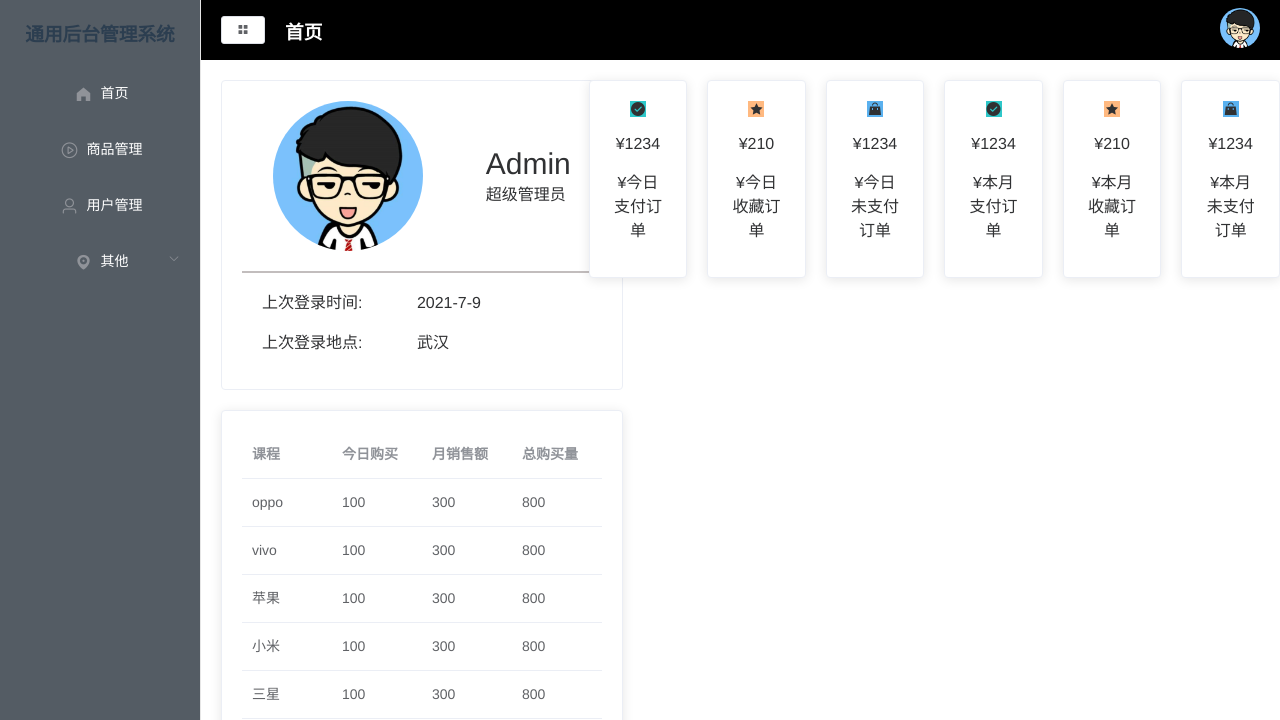
Repository: 385841539/VueStudy
Page: / (app in vue_cli/)
An editor plug-in stored every save of this project. The page is shown before and after the next save, followed by the edit.
The browser window is 1280 px wide. The pictures show the whole page.
An inner scrolling area shows only its first screen. The project was rebuilt for these pictures with package versions that can differ from the ones it lists, and the page was loaded fresh each time. Also part of the build but not shown: vue_cli/vue.config.js.

Above is the page before, as saved 2022-01-13 14:34:09.

### vue_cli/public/index.html
<!DOCTYPE html>
<html lang="">

<head>
  <meta charset="utf-8">
  <meta http-equiv="X-UA-Compatible" content="IE=edge">
  <meta name="viewport" content="width=device-width,initial-scale=1.0">
  <link rel="icon" href="<%= BASE_URL %>favicon.ico">
  <title>
    <%= htmlWebpackPlugin.options.title %>
  </title>
  <style>
    body {

      padding: 0px;
      margin: 0px;
      width: 100%;
      height: 100%;

    }
  </style>
</head>

<body>
  <noscript>
    <strong>We're sorry but <%= htmlWebpackPlugin.options.title %> doesn't work properly without JavaScript enabled.
        Please enable it to continue.</strong>
  </noscript>
  <div id="app"></div>
  <!-- built files will be auto injected -->
</body>

</html>

### vue_cli/src/main.js
import Vue from 'vue'
import App from './App.vue'
import './registerServiceWorker'
import router from './router'
import store from './store'

import ElementUI from 'element-ui';
import 'element-ui/lib/theme-chalk/index.css';

Vue.use(ElementUI);


Vue.config.productionTip = false



new Vue({
  router,
  store,
  render: h => h(App)
}).$mount('#app')

### vue_cli/src/App.vue
<template>
  <div id="app">
    <!-- <p>这是一个P段落</p>
    <el-button>按钮</el-button>
    <el-button type="info">信息</el-button>
    <el-radio v-model="radio" label="1">备选项1</el-radio>
    <el-radio v-model="radio" label="2">备选项1</el-radio>

    <div>
      <router-link to="/">去home组件</router-link>
      <router-link to="/about">去about组件</router-link>
    </div> -->

    <router-view></router-view>
  </div>
</template>
<script>


export default {
  data() {
    return {
      radio: "1",
    };
  },
};
</script>


<style lang="scss">
#app {
  font-family: Avenir, Helvetica, Arial, sans-serif;
  -webkit-font-smoothing: antialiased;
  -moz-osx-font-smoothing: grayscale;
  text-align: center;
  color: #2c3e50;
}

#nav {
  padding: 30px;

  a {
    font-weight: bold;
    color: #2c3e50;

    &.router-link-exact-active {
      color: #42b983;
    }
  }
}
</style>

### vue_cli/src/router/index.js
import Vue from 'vue'
import VueRouter from 'vue-router'
import Main from '../views/Main.vue'

Vue.use(VueRouter)

const routes = [
  {
    path: '/',
    name: 'main',
    component: Main,
    children: [

      {
        path: "/",
        name: "home",
        component: () => import('@/views/Home/Home')

      },
      {
        path: "/mall",
        name: "mall",
        component: () => import('@/views/Mall/Mall')

      },

    ]
  },
  {
    path: '/about',
    name: 'About',
    // route level code-splitting
    // this generates a separate chunk (about.[hash].js) for this route
    // which is lazy-loaded when the route is visited.
    component: () => import(/* webpackChunkName: "about" */ '../views/About.vue')
  }
]

const router = new VueRouter({
  mode: 'history',
  base: process.env.BASE_URL,
  routes
})

export default router

### vue_cli/src/store/index.js
import Vue from 'vue'
import Vuex from 'vuex'
import tab from "./tab"

Vue.use(Vuex)

export default new Vuex.Store({
  state: {
  },
  mutations: {
  },
  actions: {
  },
  modules: {
    tab
  }
})

### vue_cli/src/views/Main.vue
<template>
  <el-container style="height: 100vh">
    <el-aside width="auto">
      <CommonAside></CommonAside>
    </el-aside>
    <el-container>
      <el-header>
        <CommonHeader></CommonHeader>
      </el-header>
      <el-main>
        <router-view></router-view>
      </el-main>
    </el-container>
  </el-container>
</template>

<script>
// @ is an alias to /src
import CommonAside from "../components/CommonAside.vue";
import CommonHeader from "../components/CommonHeader.vue";

export default {
  name: "main",
  components: {
    CommonAside,
    CommonHeader,
  },
};
</script>
<style lang='scss' scoped>
.el-container {
  padding: 0px;
  max-width: 100%;
}
.el-aside {
  margin: 0px;
  padding: 0px;
}
.el-header {
  background-color: black;
  width: 100%;
  padding: 0%;
  margin: 0%;
}
.el-main {
  padding: 0px;
  height: 100%;
  width: 100%;
}
.router-view {
  padding: 0px;
  height: 100%;
  width: 100%;
}
</style>

### vue_cli/src/views/Home/Home.vue




<template>
  <div>
    <el-row :gutter="24">
      <el-col :span="8" style="margin-top: 20px">
        <el-card shadow="hover">
          <div class="user">
            <img :src="userImg" />
            <div class="userInfo">
              <p style="font-size: 30px">Admin</p>
              <p>超级管理员</p>
            </div>
          </div>

          <div class="loginInfo">
            <p>上次登录时间: <span>2021-7-9</span></p>
            <p>上次登录地点: <span>武汉</span></p>
          </div>
        </el-card>
        <el-card style="height: 470px; margin-top: 20px">
          <el-table :data="tableData">
            <el-table-column
              show-overflow-tooltip
              v-for="(value, key) in tableLabel"
              :key="key"
              :prop="key"
              :label="value"
            ></el-table-column>
          </el-table>
        </el-card>
      </el-col>
      <el-col :span="16" style="margin-top: 20px">
        <div class="num">
          <el-card shandow="hover" v-for="item in countData" :key="item.name">
            <i
              class="icon"
              :class="`el-icon-${item.icon}`"
              :style="{ background: item.color }"
            ></i>
            <div>
           <p>   ¥{{ item.value }}</p>
           <p>   ¥{{ item.name }}</p>

            </div>
          </el-card>
        </div>
      </el-col>
    </el-row>
  </div>
</template>



<script>
export default {
  data() {
    return {
      userImg: require("../../assets/images/user.png"),
      tableData: [
        {
          name: "oppo",
          todayBuy: 100,
          monthBuy: 300,
          totalBuy: 800,
        },
        {
          name: "vivo",
          todayBuy: 100,
          monthBuy: 300,
          totalBuy: 800,
        },
        {
          name: "苹果",
          todayBuy: 100,
          monthBuy: 300,
          totalBuy: 800,
        },
        {
          name: "小米",
          todayBuy: 100,
          monthBuy: 300,
          totalBuy: 800,
        },
        {
          name: "三星",
          todayBuy: 100,
          monthBuy: 300,
          totalBuy: 800,
        },
        {
          name: "魅族",
          todayBuy: 100,
          monthBuy: 300,
          totalBuy: 800,
        },
      ],
      tableLabel: {
        name: "课程",
        todayBuy: "今日购买",
        monthBuy: "月销售额",
        totalBuy: "总购买量",
      },
      countData: [
        {
          name: "今日支付订单",
          value: 1234,
          icon: "success",
          color: "#2ec7c9",
        },
        {
          name: "今日收藏订单",
          value: 210,
          icon: "star-on",
          color: "#ffb980",
        },
        {
          name: "今日未支付订单",
          value: 1234,
          icon: "s-goods",
          color: "#5ab1ef",
        },
        {
          name: "本月支付订单",
          value: 1234,
          icon: "success",
          color: "#2ec7c9",
        },
        {
          name: "本月收藏订单",
          value: 210,
          icon: "star-on",
          color: "#ffb980",
        },
        {
          name: "本月未支付订单",
          value: 1234,
          icon: "s-goods",
          color: "#5ab1ef",
        },
      ],
    };
  },
};
</script>


<style  lang="scss" scoped>
// div {
//   background: blue;
//   height: 100%;
//   padding: 0px;
//   margin: 0px;
// }
.el-card {
  width: 400px;
  margin-left: 20px;
}

.user {
  display: flex;
  align-items: center;
  justify-content: space-around;
  border-bottom: 2px solid rgb(194, 189, 189);

  padding-bottom: 20px;
  .userInfo {
    text-align: start;

    p {
      margin: 0px;
    }
  }
  img {
    width: 150px;
    height: 150px;
    border-radius: 50%;
  }
}

.loginInfo {
  // background-color: yellowgreen;
  margin-top: 0px;
  text-align: start;
  padding-left: 20px;

  span {
    margin-left: 50px;
  }
}

.num {
  display: flex;
  padding: 0px;
}
</style>

### vue_cli/src/store/tab.js
export default {


    state: {

        isCollapse: false

    },


    mutations: {

        collaspseMenu(state) {
            state.isCollapse = !state.isCollapse

        }



    }


}

### vue_cli/src/components/CommonAside.vue
<template>
  <el-menu
    class="el-menu-vertical-demo"
    :collapse="isCollapse"
    background-color="#545c64"
    text-color="#fff"
    active-text-color="#ffd04b"
  >
    <h3>{{ getName }}</h3>

    <el-menu-item
      :index="item.path"
      v-for="item in noChildren"
      :key="item.name"
      @click="clickMenu(item)"
    >
      <i :class="'el-icon-' + item.icon"></i>
      <span slot="title">{{ item.label }}</span>
    </el-menu-item>

    <el-submenu
      :index="item.label"
      v-for="item in hazChildren"
      :key="item.label"
    >
      <div slot="title">
        <i :class="'el-icon-' + item.icon"></i>
        <span>{{ item.label }}</span>
      </div>

      <el-menu-item-group>
        <el-menu-item
          v-for="(subItem, subIndex) in item.children"
          :index="subItem.path"
          :key="subIndex"
        >
          <i :class="'el-icon-' + subItem.icon"></i>
          <span slot="title">{{ subItem.label }}</span>
        </el-menu-item>
      </el-menu-item-group>
    </el-submenu>
  </el-menu>
</template>

<style>
.el-menu-vertical-demo:not(.el-menu--collapse) {
  width: 200px;
  height: 100%;
  min-height: 400px;
}

</style>


<script>
export default {
  data() {
    return {
      menu: [
        {
          path: "/",
          name: "home",
          label: "首页",
          icon: "s-home",
          url: "Home/Home",
        },
        {
          path: "/mall",
          name: "mall",
          label: "商品管理",
          icon: "video-play",
          url: "MallManage/MallManage",
        },
        {
          path: "/user",
          name: "user",
          label: "用户管理",
          icon: "user",
          url: "UserMange/UserMange",
        },
        {
          label: "其他",
          icon: "location",
          children: [
            {
              path: "/page1",
              name: "page1",
              label: "页面1",
              icon: "setting",
              url: "Other/PageOne",
            },
            {
              path: "/page2",
              name: "page2",
              label: "页面2",
              icon: "setting",
              url: "Other/PageTwo",
            },
          ],
        },
      ],
    };
  },
  methods: {
    clickMenu(item) {
      console.log(item);
      this.$router.push({ name: item.name });
    },
  },
  computed: {
    isCollapse() {
      return this.$store.state.tab.isCollapse;
    },
    getName() {
      if (this.isCollapse) return "后台";

      return "通用后台管理系统";
    },
    noChildren() {
      return this.menu.filter((item) => {
        console.log(item);
        return !item.children;
      });
    },
    hazChildren() {
      return this.menu.filter((item) => item.children);
    },
  },
};
</script>

### vue_cli/src/components/CommonHeader.vue
<template>
  <header>
    <div class="l-content">
      <el-button
        plain
        icon="el-icon-menu"
        size="mini"
        v-on:click="handleMenu"
      ></el-button>
      <h3 class="home-title">首页</h3>
    </div>

    <div class="r-content">
      <el-dropdown szie="mini" trigger="click">
        <span>
          <img :src="userImg" class="user" />
        </span>

        <el-dropdown-menu slot="dropdown">
          <el-dropdown-item>个人中心</el-dropdown-item>
          <el-dropdown-item>个人中心1</el-dropdown-item>
        </el-dropdown-menu>
      </el-dropdown>
    </div>
  </header>
</template>



<script>
export default {
  data() {
    return {
      userImg: require("../assets/images/user.png"),
    };
  },

  methods: {
    handleMenu() {
      this.$store.commit("collaspseMenu");
    },
  },
};
</script>


<style  lang="scss" scoped>
header {
  display: flex;
  height: 100%;
  width: 100%;
  align-items: center;
  justify-content: space-between;
  padding: 0;
  margin: 0;
}

.home-title {
  color: white;
}

.l-content {
  display: flex;
  align-items: center;
  margin-left: 20px;
  .el-button {
    margin-right: 20px;
  }
}

.r-content {
  .user {
    width: 40px;
    height: 40px;
    border-radius: 50%;
    margin-right: 20px;
  }
}
</style>

Loaded but not shown: vue_cli/src/registerServiceWorker.js (common file)

After the next save:
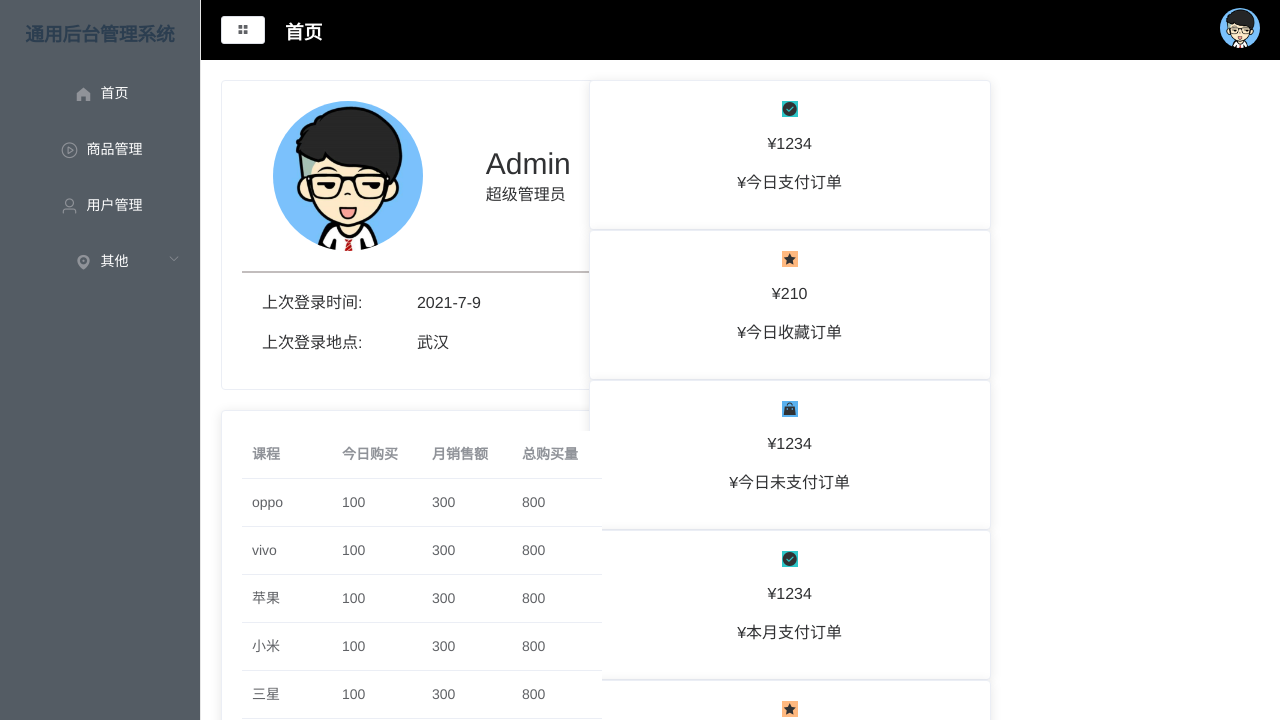
Saved 21 s later.
--- a/vue_cli/src/views/Home/Home.vue
+++ b/vue_cli/src/views/Home/Home.vue
@@ -41,9 +41,8 @@
               :style="{ background: item.color }"
             ></i>
             <div>
-           <p>   ¥{{ item.value }}</p>
-           <p>   ¥{{ item.name }}</p>
-
+              <p>¥{{ item.value }}</p>
+              <p>¥{{ item.name }}</p>
             </div>
           </el-card>
         </div>
@@ -191,7 +190,7 @@
   }
 }
 
-.num {
+num {
   display: flex;
   padding: 0px;
 }

After the save that followed:
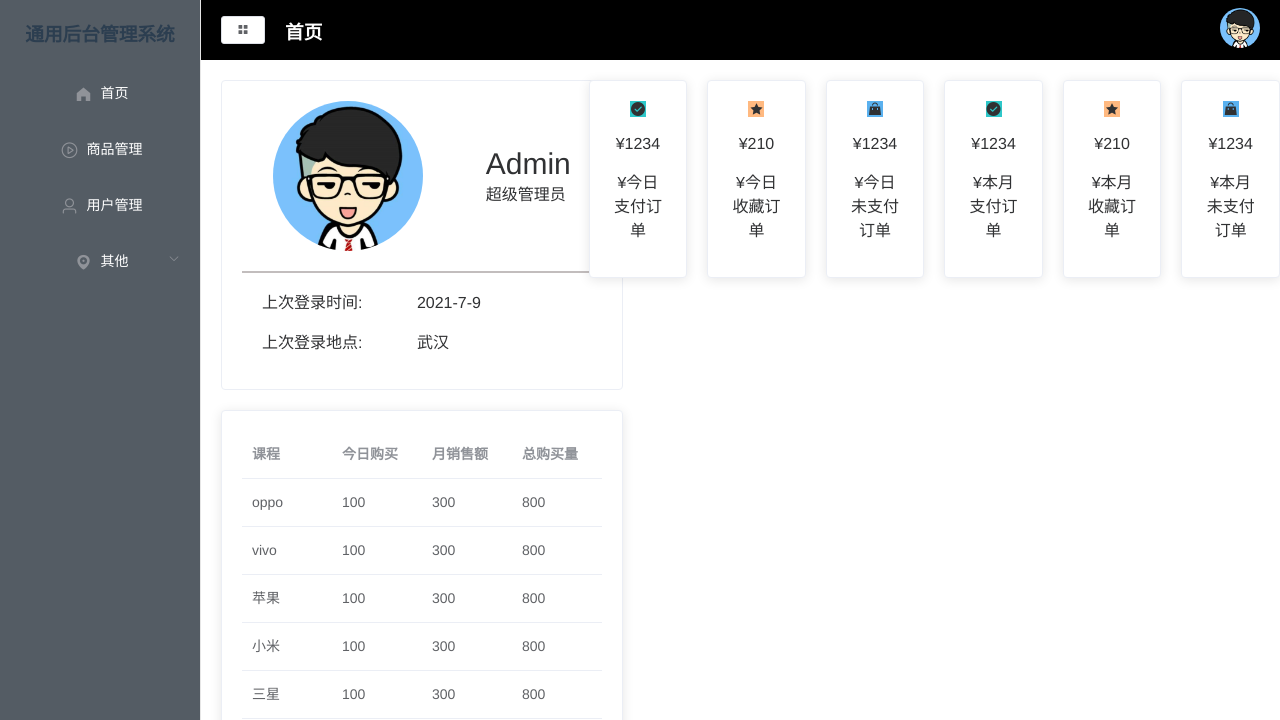
Saved 5 s later.
--- a/vue_cli/src/views/Home/Home.vue
+++ b/vue_cli/src/views/Home/Home.vue
@@ -190,7 +190,7 @@
   }
 }
 
-num {
+.num {
   display: flex;
   padding: 0px;
 }
